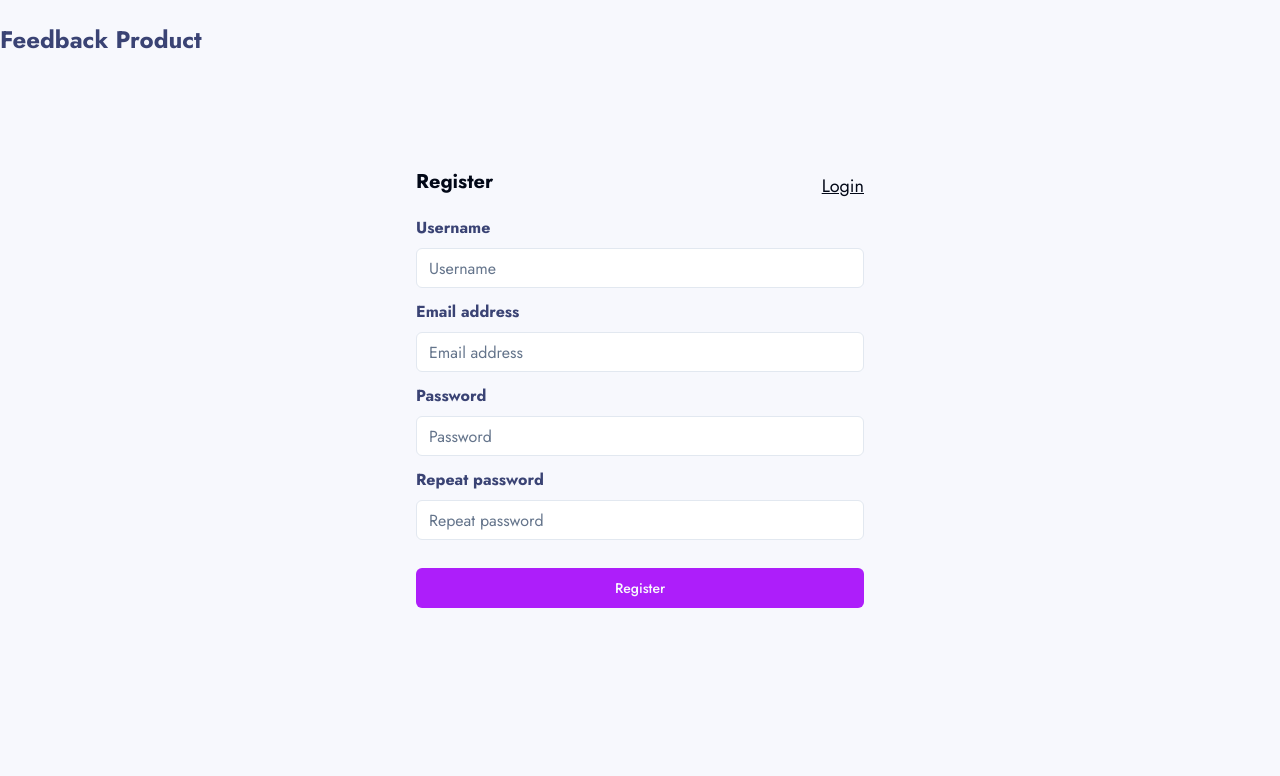
Repository: KornelJanczak/product-feedback-app
Page: /auth
These files come from the project's save history. The page is drawn as it stood at one moment and after a run of saves; the edit follows.
The browser window is 1280 px wide. The pictures show the whole page.
The page's requests for data from a server got no answer. The project was rebuilt for these pictures with package versions that can differ from the ones it lists, and the page was loaded fresh each time. The framework's server and built-in components were replaced by stand-ins that run in the browser. No one was signed in, and anything a server would have sent is missing. Also part of the build but not shown: next.config.js, next.config.mjs.

Above is the page before, as saved 2024-01-28 20:04:54.

After the next 2 saves:
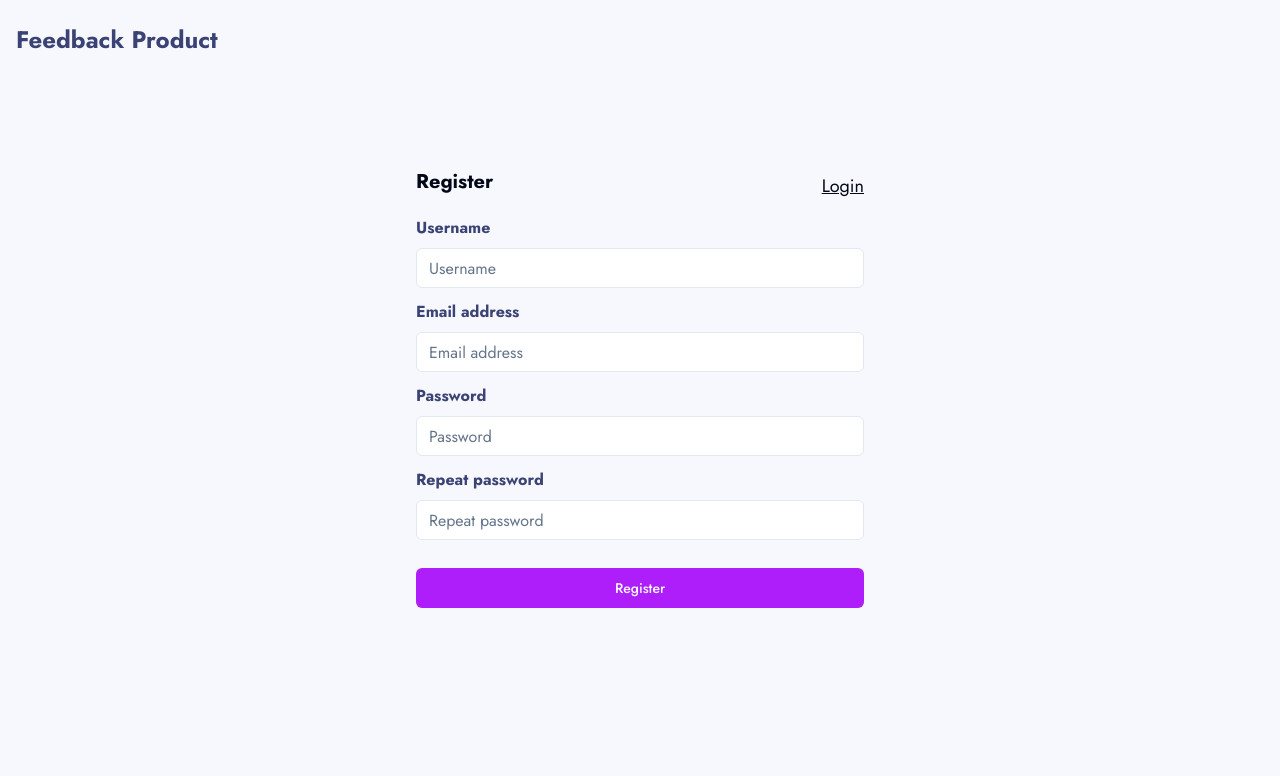
The 2 saves are shown as one change because they came seconds apart.
The last was saved 49 s later.
--- a/tailwind.config.ts
+++ b/tailwind.config.ts
@@ -13,7 +13,7 @@ const config = {
     container: {
       center: true,
       padding: {
-        // DEFAULT: "2rem",
+        DEFAULT: "1rem",
         sm: '2rem',
         md: "2rem",
         lg: "4rem",
